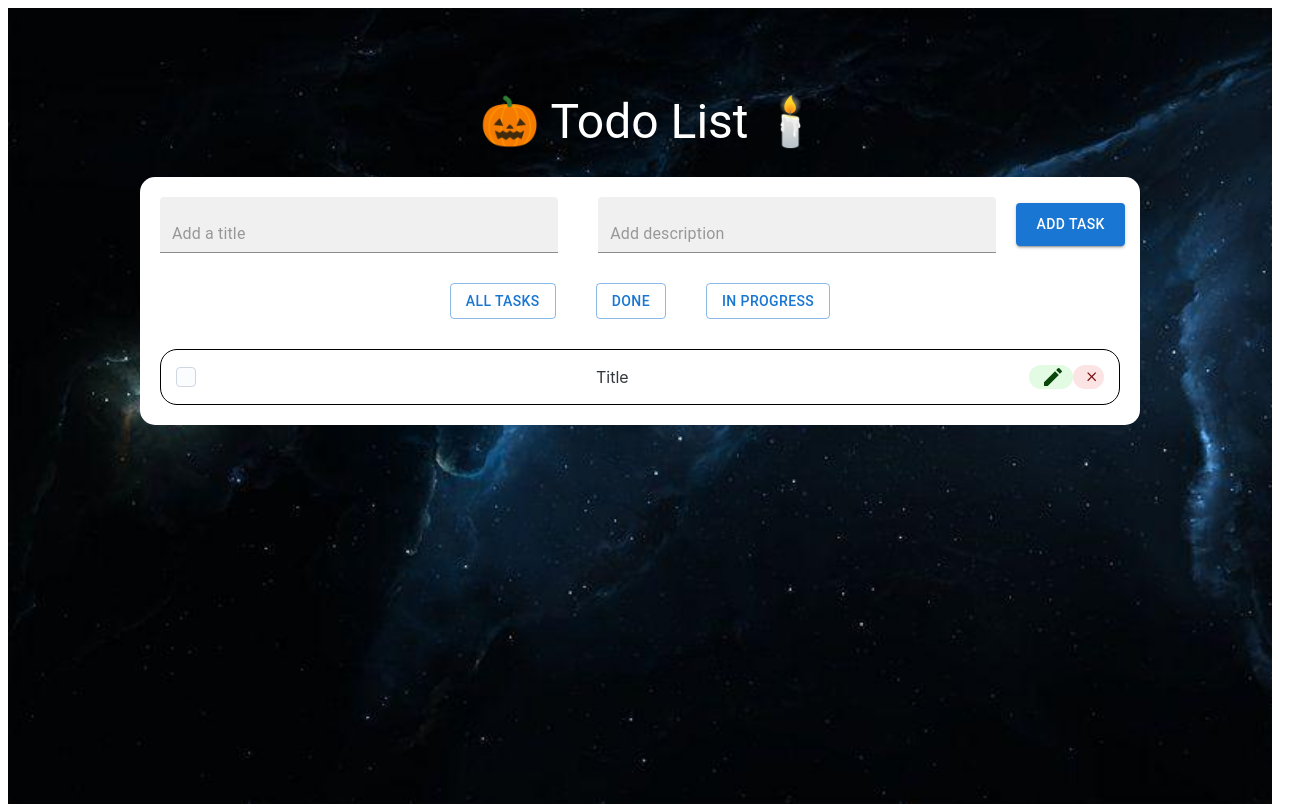
Repository: Tracy-maker/TodoList
Page: /
The author's editor kept a copy of each file at every save. The page is drawn from the files as they stood at one save, then again after the next save.
The browser window is 1280 px wide. The page is 1292 px wide, so the pictures cover 1292 px, including what lies to the right of the window. The pictures show the whole page.
The project was rebuilt for these pictures with package versions that can differ from the ones it lists, and the page was loaded fresh each time. Also part of the build but not shown: src/components/TaskEdit.js.

Above is the page before, as saved 2023-09-20 19:55:35.

After the next save:
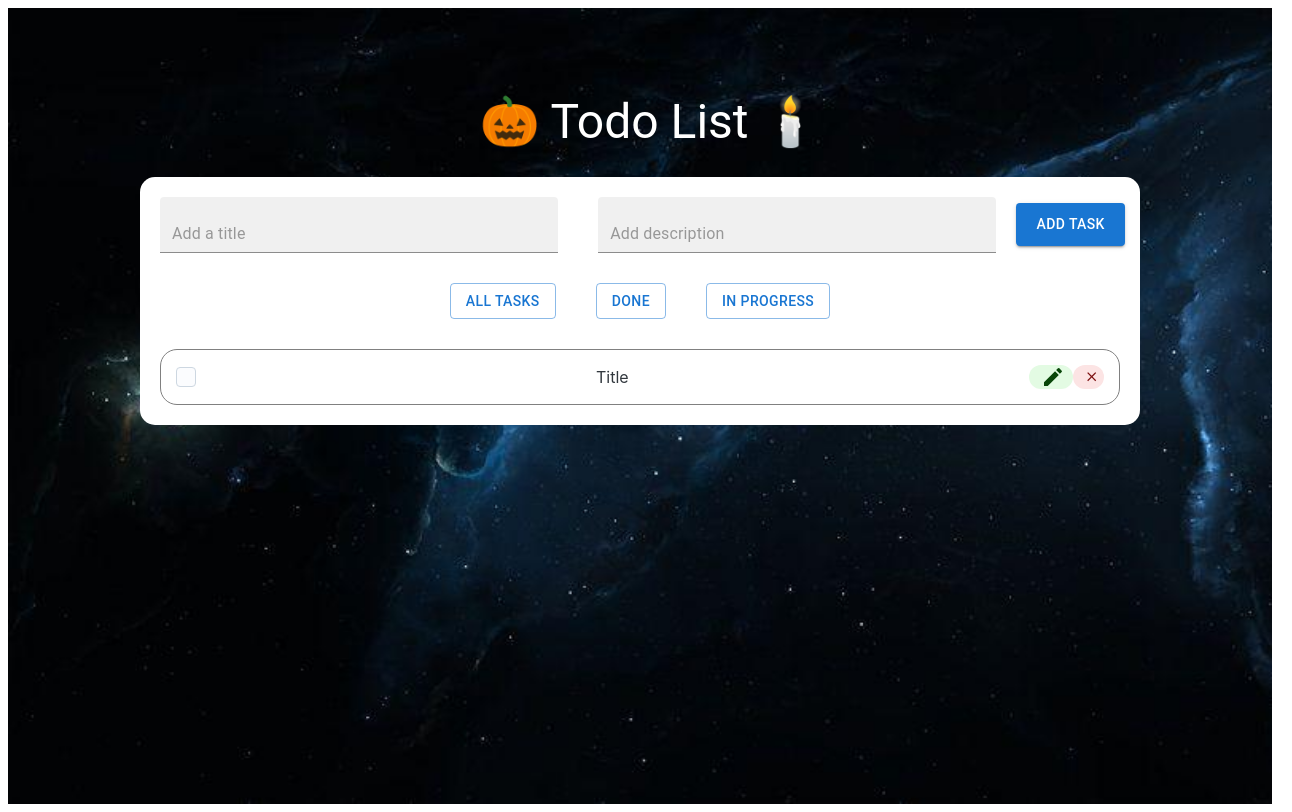
Saved 18 s later.
--- a/src/components/TaskShow.js
+++ b/src/components/TaskShow.js
@@ -18,6 +18,7 @@ const TaskItem = styled(Box)`
   border-width: 1px;
   margin: 2%;
   border-radius: 17px;
+  border-color: grey;
 `;
 
 const Title = styled(Typography)`
